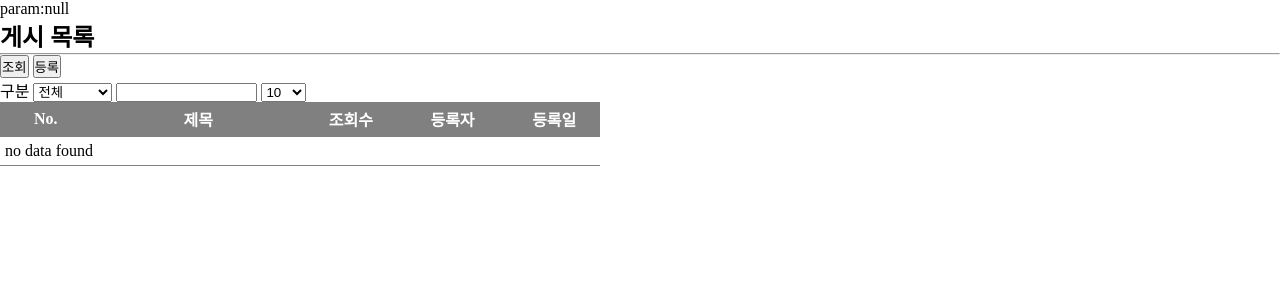
Repository: dongseon-git/WEB_JSP
Page: http://localhost/studyhtml5/board/board_list.jsp
The author's editor kept a copy of each file at every save. The page is drawn from the files as they stood at one save, then again after the next save.
The browser window is 1280 px wide. The pictures show the whole page.
The page is served by Tomcat 9. Nobody is signed in. The application's start-up code is not run. The template is opened directly, without the code that normally fills it, so the values that code supplies are empty.

Above is the page before, as saved 2022-05-18 01:25:52.

After the next save:
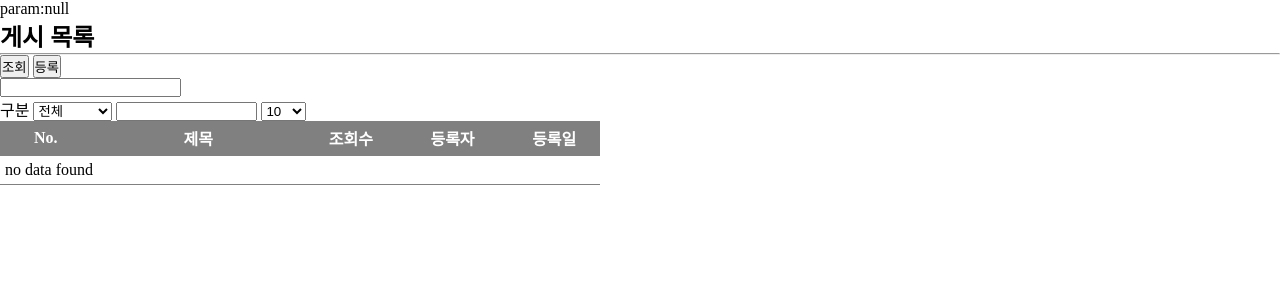
Saved 2 min 43 s later.
--- a/workspace/studyhtml5/WebContent/board/board_list.jsp
+++ b/workspace/studyhtml5/WebContent/board/board_list.jsp
@@ -79,6 +79,7 @@
     </div>
     <form action="<%=contPath %>/board/board.do" name="boardListFrm" method="get" id="boardListFrm">
      <input type="hidden" name="work_div" id="work_div" >
+     <input type="text" name ="seq" id="seq">
     <div>
     <label>구분</label>
     <select name="searchDiv" id="searchDiv">
@@ -149,6 +150,8 @@
     	//let seq = tdArray.eq(5).text();
     	let seq = tdArray.lst(5).text();
     	console.log('seq:'+seq);
+    	let frm = document.getElementById("boardListFrm");
+    	frm.seq.value = seq;
     });
 
 

After the 2 saves that followed:
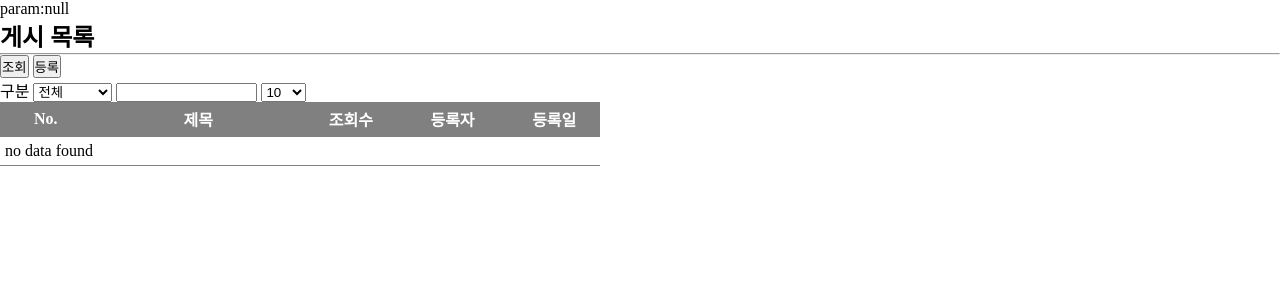
The 2 saves are shown as one change because 1 left the picture as it was.
The last was saved 88 s later.
--- a/workspace/studyhtml5/WebContent/board/board_list.jsp
+++ b/workspace/studyhtml5/WebContent/board/board_list.jsp
@@ -79,7 +79,7 @@
     </div>
     <form action="<%=contPath %>/board/board.do" name="boardListFrm" method="get" id="boardListFrm">
      <input type="hidden" name="work_div" id="work_div" >
-     <input type="text" name ="seq" id="seq">
+     <input type="hidden" name ="seq" id="seq">
     <div>
     <label>구분</label>
     <select name="searchDiv" id="searchDiv">
@@ -148,7 +148,7 @@
     	let pTr = $(this);
     	let tdArray = pTr.children();
     	//let seq = tdArray.eq(5).text();
-    	let seq = tdArray.lst(5).text();
+    	let seq = tdArray.last(5).text();
     	console.log('seq:'+seq);
     	let frm = document.getElementById("boardListFrm");
     	frm.seq.value = seq;
